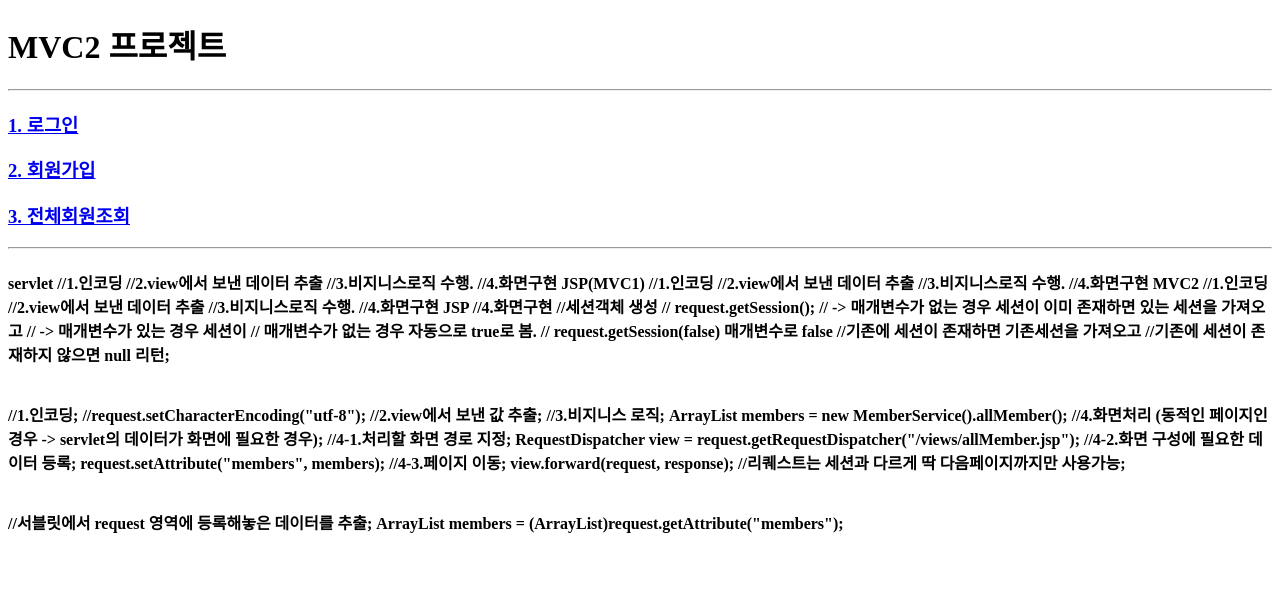
Repository: beescuit9510/toyProjects
Page: http://localhost/06_mvc2Project/
The author's editor kept a copy of each file at every save. The page is drawn from the files as they stood at one save, then again after the next save.
The browser window is 1280 px wide. The pictures show the whole page.
The page is served by Tomcat 9.

Above is the page before, as saved 2021-10-01 03:20:28.

After the next save:
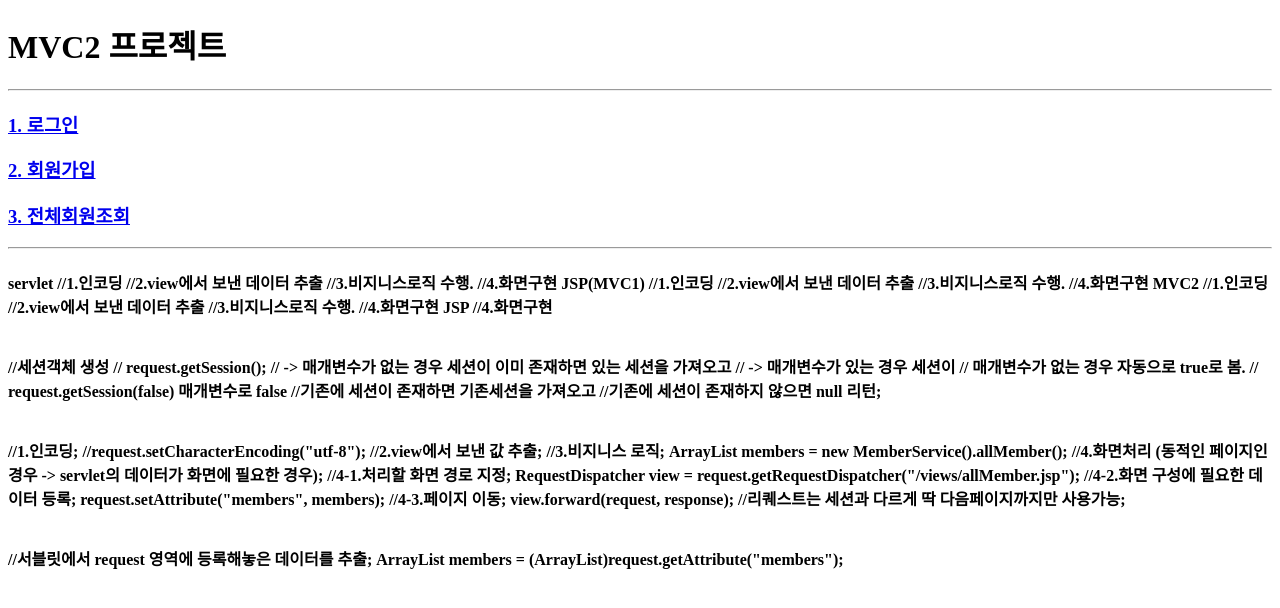
Saved 71 s later.
--- a/web-server-workplace/06_mvc2Project/src/main/webapp/index.jsp
+++ b/web-server-workplace/06_mvc2Project/src/main/webapp/index.jsp
@@ -15,28 +15,30 @@
 
 	<hr>
 	<h4>
+		servlet
+		//1.인코딩
+		//2.view에서 보낸 데이터 추출
+		//3.비지니스로직 수행.
+		//4.화면구현
 
-	servlet
-	//1.인코딩
-	//2.view에서 보낸 데이터 추출
-	//3.비지니스로직 수행.
-	//4.화면구현
-
-	JSP(MVC1)
-	//1.인코딩
-	//2.view에서 보낸 데이터 추출
-	//3.비지니스로직 수행.
-	//4.화면구현
+		JSP(MVC1)
+		//1.인코딩
+		//2.view에서 보낸 데이터 추출
+		//3.비지니스로직 수행.
+		//4.화면구현
 
 
-	MVC2
-	//1.인코딩
-	//2.view에서 보낸 데이터 추출
-	//3.비지니스로직 수행.
-	//4.화면구현
+		MVC2
+		//1.인코딩
+		//2.view에서 보낸 데이터 추출
+		//3.비지니스로직 수행.
+		//4.화면구현
 
-	JSP
-	//4.화면구현
+		JSP
+		//4.화면구현
+		<br>
+		<br>
+		<br>
 
 
 		//세션객체 생성
@@ -48,10 +50,9 @@
 		// request.getSession(false) 매개변수로 false
 		//기존에 세션이 존재하면 기존세션을 가져오고
 		//기존에 세션이 존재하지 않으면 null 리턴;
-
-			<br>
-			<br>
-			<br>
+		<br>
+		<br>
+		<br>
 
 
 		//1.인코딩;
@@ -71,19 +72,17 @@
 		view.forward(request, response);
 
 		//리퀘스트는 세션과 다르게 딱 다음페이지까지만 사용가능;
-
-
-
-			<br>
-			<br>
-			<br>
-
+		<br>
+		<br>
+		<br>
 
 
 
 		//서블릿에서 request 영역에 등록해놓은 데이터를 추출;
     	ArrayList<Member> members = (ArrayList<Member>)request.getAttribute("members");
-			<br>
+		<br>
+		<br>
+		<br>
 
 </body>
 </html>
